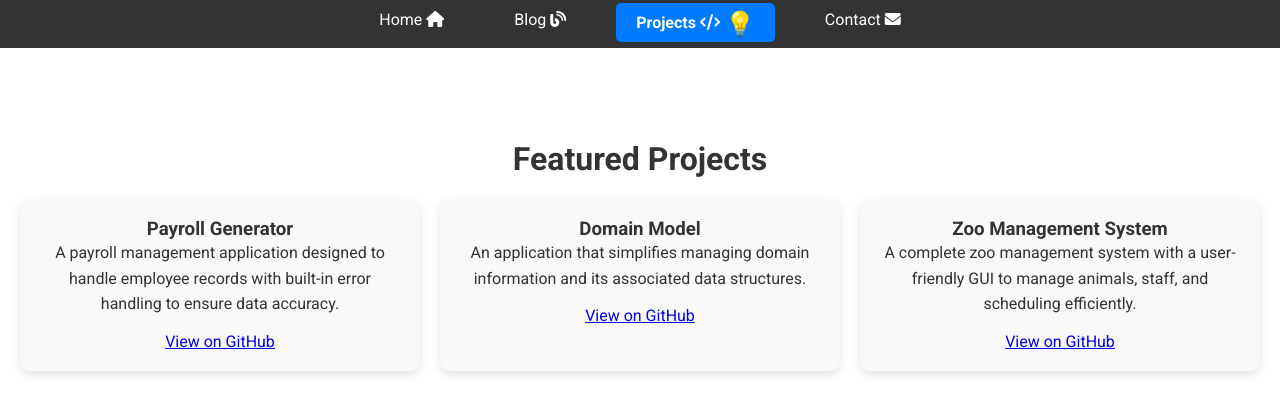
Repository: liwingy/cs5610_fall24_project1
Page: projects.html
The author's editor kept a copy of each file at every save. The page is drawn from the files as they stood at one save, then again after the next save.
The browser window is 1280 px wide. The pictures show the whole page.

Above is the page before, as saved 2024-10-07 22:11:15.

After the next save:
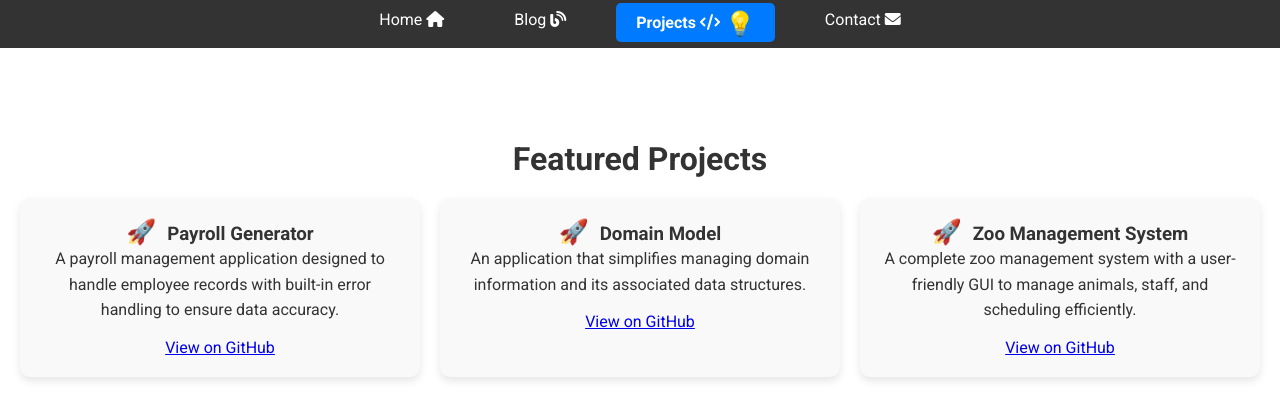
Saved 10 s later.
--- a/style.css
+++ b/style.css
@@ -97,7 +97,7 @@ p {
     margin-right: 5px;
 }
 
-.project h2:before {
+.projects h3:before {
     content: "🚀 ";              /* Add a rocket icon before project headings */
     color: #007BFF;
     font-size: 1.5rem;
